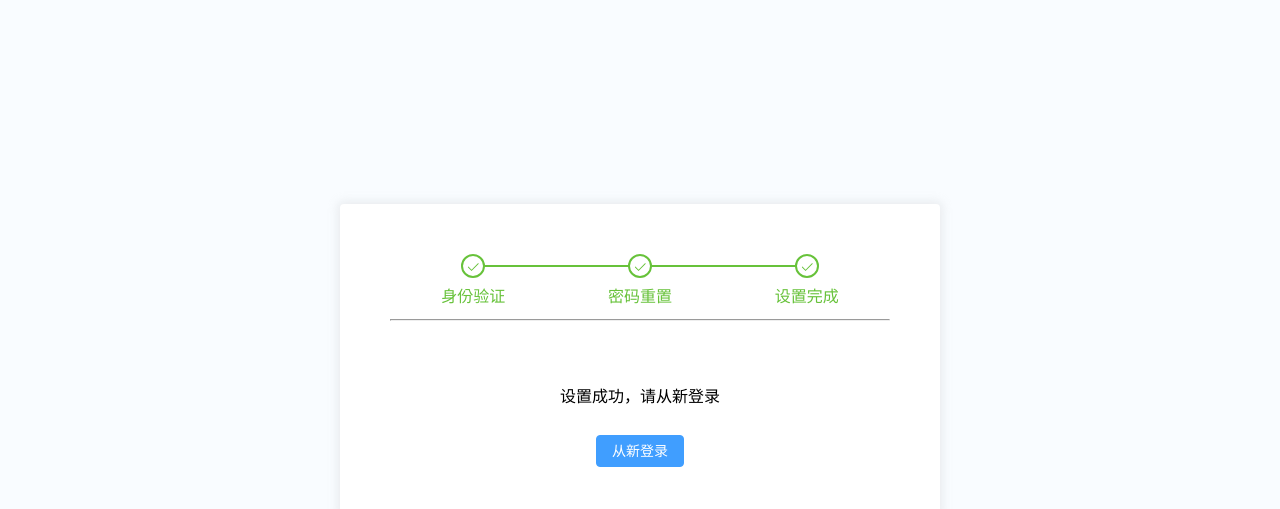
Repository: Harmony-camp/ckw-manager
Page: /#/ForgotPassword (app in manage/)
The author's editor kept a copy of each file at every save. The page is drawn from the files as they stood at one save, then again after the next save.
The browser window is 1280 px wide. The pictures show the whole page.
The project was rebuilt for these pictures with package versions that can differ from the ones it lists, and the page was loaded fresh each time. Also part of the build but not shown: manage/vite.config.js.

Above is the page before, as saved 2023-05-27 11:34:20.

### manage/src/main.js
import { createApp } from 'vue'
import router from './router'
import ElementPlus from 'element-plus'
import 'element-plus/dist/index.css'
import App from './App.vue'
import store from './store'
import * as ELIcons from '@element-plus/icons-vue'
import storage from './utils/storage'

const app = createApp(App)

app.directive("has",{
	beforeMount:(el,binding)=>{

		let actionList = storage.getItem("actionList")
		let value = binding.value
		let hasPermission = actionList.includes(value)
		if(!hasPermission){
			el.style="display:none"
			setTimeout(()=>{
				el.parentNode.removeChild(el)
			},0)
		}
	}
})

for (let iconName in ELIcons) {
	app.component(iconName, ELIcons[iconName])
}

app.use(router).use(store).use(ElementPlus).mount('#app')

### manage/src/router/index.js
import { createRouter, createWebHashHistory } from 'vue-router'
import { defineAsyncComponent } from 'vue'

import storage from '../utils/storage'
import {getPermissionList} from '../api'
import utils from '../utils/utils'

const routes = [
  {
    name: "home",
    path: "/",
    component: ()=>import("../components/Home.vue"),
    redirect: "Welcome",
    meta: {
      title: "首页"
    },
    children: [
      {
        name: "welcome",
        path: "/welcome",
        meta: {
          title: "欢迎使用本系统"
        },
        component: () => import("../views/Welcome.vue")
      },
      {
        name: "profile",
        path: "/profile",
        redirect: "analysis",
        meta: {
          title: "个人中心"
        },
        component: () => import("../views/profile/index.vue"),
        children:[
          {
            name: "analysis",
            path: "/profile/analysis",
            meta: {
              title: "个人整体分析"
            },
            component: () => import("../views/profile/Analysis.vue"),
          },
          {
            name: "award-time",
            path: "/profile/award-time",
            meta: {
              title: "获奖时间"
            },
            component: () => import("../views/profile/AwardTime.vue"),
          },
        ]
      },
    ]
  },

  {
    name: "login",
    path: "/login",
    meta: {
      title: "登录"
    },
    component: () => import("../views/login/Login.vue")
  },
  {
    name: "register",
    path: "/register",
    meta: {
      title: "注册"
    },
    component: () => import("../views/login/Register.vue")
  },
  {
    name: "ForgotPassword",
    path: "/ForgotPassword",
    meta: {
      title: "注册"
    },
    component: () => import("../views/login/ForgotPassword.vue")
  },

  {
    name: "404",
    path: "/404",
    meta: {
      title: "页面不存在"
    },
    component: () => import("../views/login/404.vue")
  },

]

const router = createRouter({
  history: createWebHashHistory(),
  routes
})

async function loadAsyncRoutes(){
  let userinfo  = storage.getItem("userinfo") || {}
  if(userinfo.token){
    try{
      const {menuList} =  await getPermissionList()
      let routes = utils.generateRoute(menuList)
      routes.map(route=>{
        let url = `../views/${route.component}.vue`
        route.component =  ()=>import(/* @vite-ignore */url)
        router.addRoute("home",route)
      })
    }catch(error){
      console.log('error :>> ', error);
    }
  }
}

await loadAsyncRoutes()
function checkPermission(path){
  let routes =[]
  router.getRoutes().forEach(item=>{
    routes.push(item.path)
  })
  return routes.includes(path)
}

router.beforeEach((to,form,next)=>{
  if(checkPermission(to.path) || to.path =="/"){
    document.title = to.meta.title
    next()
  }else{
    next("/404")
  }
})

export default router

### manage/src/App.vue
<template>
  <router-view></router-view>
</template>

<script setup>

</script>

<style lang="scss">
@import './assets/style/reset.css';
@import './assets/style/index.scss';
</style>

### manage/src/store/index.js
/**
 * vuex状态管理
 */
import {createStore} from 'vuex'
import mutations from './mutations'
import storage from '../utils/storage'

const state = {
  userinfo:storage.getItem("userinfo") || {},
  menuLit:storage.getItem("menuList") || [],
  actionList :storage.getItem("actionListList") || [],
  noticeCount:0
}

export default createStore({
  state,
  mutations
})

### manage/src/utils/storage.js
/**
 * Storage二次封装
 * @author yyy
 */
import config from "../config"

export default{
  setItem(key,val){
    let storage = this.getStorage()
    storage[key] = val
    window.localStorage.setItem(config.namespace,JSON.stringify(storage))
  },
  getItem(key){
    return this.getStorage()[key]
  },
  getStorage(){
    return JSON.parse( window.localStorage.getItem(config.namespace )|| "{}")
  },
  clearItem(key){
    let storage = this.getStorage()
    delete storage[key]
    window.localStorage.setItem(config.namespace,JSON.stringify(storage))
  },
  clearAll(){
    window.localStorage.clear()
  },
}

### manage/src/api/index.js
/**
 * api管理
 */

import request from "../utils/request"

/**
 * 用户登录
 * @param {Object} params
 * @returns
 */
export  const UserLogin = (params)=>{
  return request({
      url:"/users/login",
      method:"post",
      data:params,
    })
  }

/**
 * 获取是否有信息需要处理
 * @param {Object} params
 * @returns
 */
export  const NoticeCount = (params)=>{
  return request({
    url:"/leave/count",
    method:"get",
    data:params,
    // mock:true
  })
}

/**
 * 获取菜单
 * @returns
 */
export  const MenuList = (params)=>{
  return request({
    url:"/menu/list",
    method:"get",
    data:params,
    // mock:true
  })
}

/**
 * 获取用户列表
 * @param {Object} params
 * @returns
 */

export  const GetUserList = (params)=>{
  return request({
    url:"/users/list",
    method:"get",
    data:params,
  })
}
export  const GetAllUserList = ()=>{
  return request({
    url:"/users/all/list",
    method:"get",
    // mock:true
  })
}
/**
 * 删除用户，可批量删除
 * @param {Array} params
 * @returns
 */
export  const UserDelete = (params)=>{
  return request({
    url:"/users/delete",
    method:"post",
    data:params,
    // mock:true
  })
}
/**
 * 获取角色信息
 * @returns
 */
export  const GetRoleAllList = ()=>{
  return request({
    url:"/roles/allList",
    method:"get",
    data:{},
    // mock:true
  })
}
export  const GetRoleList = (param)=>{
  return request({
    url:"/roles/list",
    method:"get",
    data:param,
    // mock:true
  })
}
/**
 * 获取部门信息
 * @returns
 */
export  const GetDeptList = (params)=>{
  return request({
    url:"/dept/list",
    method:"get",
    data:params,
    // mock:true
  })
}

/**
 * 角色增删改查
 * @param {Object} params
 * @returns
 */
export  const UserSubmit = (params)=>{
  return request({
    url:"/users/operate",
    method:"post",
    data:params,
    // mock:true
  })
}
/**
 * 菜单操作
 * @param {Object} params
 * @returns
 */
export  const MenuSubmit = (params)=>{
  return request({
    url:"/menu/operate",
    method:"post",
    data:params,
    // mock:true
  })
}

export  const RoleOperate = (params)=>{
  return request({
    url:"/roles/operate",
    method:"post",
    data:params,
    // mock:true
  })
}
export  const DeptOperate = (params)=>{
  return request({
    url:"/dept/operate",
    method:"post",
    data:params,
    // mock:true
  })
}
export  const UpdatePermission = (params)=>request({
    url:"/roles/update/permission",
    method:"post",
    data:params,
    // mock:true
})



export const getPermissionList = ()=>request.get("/users/getPermissionList")
export const GetApplyList  = params=>request.get("/leave/list",params,{mock:false})
export const LeaveOperate  = params=>request.post("/leave/operate",params,{mock:false})
export const LeaveApprove  = params=>request.post("/leave/approve",params,{mock:false})

export const dataToTestify  = params=>request.post("/teacher/createTestify",params)

//获取注册页面角色
export const getRegisterRoleList = params=>request.get("/roles/allList",params)

//获取模块分类排序数据
export const querySortList = params=>request.get("/teacher/query",params)

export const GetTeacherlList = params=>request.get("/teacher/list",params)
export const GetTeacherApprovallList = params=>request.get("/teacher/approvalList",params)

### manage/src/utils/utils.js
/**
 * 工具函数封装
 */
import {GetTeacherlList} from '../api'
export default{
  formateDate(date,rule){
    let fmt = rule || 'MM-dd hh:mm:ss'

    const o = {

      "M+":date.getMonth(),
      "d+":date.getDate(),
      "h+":date.getHours(),
      "m+":date.getMinutes(),
      "s+":date.getSeconds(),

    }
    for(let key in o){
      if(new RegExp(`(${key})`).test(fmt)){
        const val = o[key] + ''
        fmt =  fmt.replace(RegExp.$1,RegExp.$1.length==1?val:('00'+val).substring(val.length))
      }
    }
    return date.getFullYear()+"-" + fmt
  },
  generateRoute(menuList){
    let routes = []

    const deepList = (list)=>{
      while(list.length){
        let item = list.pop()
        if(item.action){
          routes.push({
            name:item.menuName,
            path:item.path,
            meta:{
              title:item.menuName
            },
            component:item.component
          })

        }
        if(item.children && !item.action){
          deepList(item.children)
        }
      }
    }
    deepList(menuList)
    return routes
  },
  async getTeacherApprovalList(action,userId){

    let res = await GetTeacherlList({action,userId})
    return res
  }
}

### manage/src/views/login/ForgotPassword.vue
<template>
  <div class="forgot-wrapper">
    <div class="modal">
      <el-steps align-center :active="active" finish-status="success">
        <el-step title="身份验证" />
        <el-step title="密码重置" />
        <el-step title="设置完成" />
      </el-steps>
      <hr>
      <div class="main">
        <div class="setIdentity" v-if="active == 1">
          <div class="form">
            <el-form>
              <el-form-item>
                <el-input :prefix-icon="Avatar" />
              </el-form-item>
              <el-form-item>
                <el-input :prefix-icon="Message">
                  <template #append>
                    <el-button>获取邮箱验证码</el-button>
                  </template>
                </el-input>
              </el-form-item>
              <el-form-item>

                  <el-button type="primary" @click="setIdentity"> 下一步 </el-button>
                  <el-button> 重置 </el-button>

              </el-form-item>
            </el-form>
          </div>
        </div>

        <div class="setPassword" v-if="active == 2">
          <el-form :model="setPasswd">
            <el-form-item prop="password">
              <el-input
                v-model="setPasswd.password"
                type="password"
                ref="passwd"
                :prefix-icon="Lock"
                placeholder="请输入新密码"
              >
              <template #suffix >
                <el-icon @click="showPassword"><View/></el-icon>
              </template>
            </el-input>
            </el-form-item>
            <el-form-item prop="rePassword">
              <el-input
                v-model="setPasswd.rePassword"
                type="password"
                :prefix-icon="Lock"
                placeholder="请再次输入密码"
              />
            </el-form-item>
            <el-form-item>
              <el-button type="primary"> 下一步 </el-button>
              <el-button> 重置 </el-button>
            </el-form-item>
          </el-form>
        </div>
        <div class="success" v-if="active == 3">

          <div>设置成功，请从新登录</div>
          <el-button type="primary">从新登录</el-button>
        </div>
      </div>
    </div>
  </div>
</template>

<script setup>
import { ref,reactive } from "vue";
import { Avatar, Message,Lock ,View} from "@element-plus/icons-vue";

const active = ref(3);
const passwd = ref("")
const setPasswd = reactive({

})
const showPassword = ()=>{
  if(passwd.value.input.type == "password") passwd.value.input.type = "text"
  else passwd.value.input.type = "password"

}

function setIdentity(){

}
</script>

<style lang="scss">
.forgot-wrapper {
  display: flex;
  justify-content: center;
  align-items: center;
  background-color: #f9fcff;
  width: 100vw;
  height: 100vh;
  .modal {
    width: 600px;
    padding: 50px;
    background-color: #fff;
    border-radius: 4px;
    box-shadow: 0px 0px 10px 3px #c7c9cb4d;
    .main{
      >* {
        padding-top: 30px;
        align-items: center;
        display: flex;
        justify-content: center;
      }
      .success{
        display: flex;
        justify-content: center;
        flex-direction: column;
        >div{
          padding: 30px;
        }
      }
    }

  }
}
</style>

### manage/src/assets/style/index.scss
html, body {
  height: 100%;
  width: 100%;
}
*:not([class^='el-']) {
  box-sizing: border-box;
}
.white{
  background-color: #ffffff;
}
a{
  text-decoration: none;
}
.gray{
  background-color: #eef0f3;
}
.mr10{
  margin-right: 10px;
}
.mr20{
  margin-right: 20px;
}
.mb20{
  margin-bottom: 20px;
}
.m-lr10{
  margin-left: 10px;
  margin-right: 10px;
}
.p20{
  padding: 20px;
}
.pl20{
  padding-left: 20px;
}
.text-right{
  text-align: right;
}
.fr{
  float: right;
}
.flex{
  display: flex;
}
.flex-between{
  display: flex;
  justify-content: space-between;
}
.flex-center{
  display: flex;
  justify-content: center;
}
.tips{
  margin-left: 15px;
  color: #787878;
}


/*
* 公共样式
*/
.query-form {
  background-color: #ffffff;
  padding: 22px 20px 0;
  border-radius: 5px;
}
.base-table {
  border-radius: 5px;
  background: #ffffff;
  margin-top: 20px;
  margin-bottom: 20px;
  .action {
    border-radius: 5px 5px 0px 0px;
    background: #ffffff;
    padding: 20px;
    border-bottom: 1px solid #ece8e8;
  }
  .el-pagination{
     justify-content: flex-end;
     padding-right: 20px;
     padding-top: 20px;
     padding-bottom: 5px;
  }

}

### manage/src/store/mutations.js
/**
 * Mutations业务层数据提交
 */


import storage from "../utils/storage";

export default {
  saveUserInfo(state,userinfo){
    state.userinfo = userinfo;
    storage.setItem("userinfo",userinfo)
  },
  saveMenuList(state,menuList){
    state.menuList = menuList;
    storage.setItem("menuList",menuList)
  },
  saveActionList(state,actionList){
    state.actionList = actionList;
    storage.setItem("actionList",actionList)
  },
  saveNoticeCount(state,noticeCount){
    state.noticeCount = noticeCount;
    storage.setItem("noticeCount",noticeCount)
  },
}

### manage/src/config/index.js

const env = import.meta.env.MODE || "prod";

const EnvConfig = {
  dev:{
    baseApi:"/api",
    mockApi:"https://www.fastmock.site/mock/fa4c18963ab634ec12a063962937ba52/api"
  },
  test:{
    baseApi:"https://www.fastmock.site/mock/fa4c18963ab634ec12a063962937ba52/api",
    mockApi:"https://www.fastmock.site/mock/fa4c18963ab634ec12a063962937ba52/api"
  },
  prod:{
    baseApi:"/api",
    mockApi:"https://www.fastmock.site/mock/fa4c18963ab634ec12a063962937ba52/api"
  }
}

export default{
  env:"dev",
  mock:false,
  namespace:'manage',
  ...EnvConfig[env]
}

### manage/src/utils/request.js
/**
 * axios二次封装
 */

import axios from 'axios'
import {ElMessage} from 'element-plus'
import router from '../router'
import config from '../config'
import storage from './storage'
const TOKEN_INVALID = "token认证失败，请从新登陆"
const NETWORK_ERROR = "网络请求异常，请稍后重试"

//TODO axios实例对象，添加全局配置
const service = axios.create({
  baseURL:config.baseApi,
  timeout:8000
})


service.interceptors.request.use(req=>{

  //TODO 封装请求拦截
  const headers = req.headers;
  const {token} = storage.getItem("userinfo") || {}
  if(!headers.Authorization) headers.Authorization = "Bearer "  + token
  return req

})


service.interceptors.response.use(res=>{
  const {code,data,msg} = res.data;
  if(code === 200) return data;
  else if(code === 50001){
    ElMessage.error(TOKEN_INVALID)
    setTimeout(()=>{
      router.push('/login')
      return Promise.reject(TOKEN_INVALID)
    },1500)
  }else{
    ElMessage.error(msg|| NETWORK_ERROR)
    return Promise.reject(msg||NETWORK_ERROR)
  }

})


/**
 * 请求核心参数
 * @param {*} options 请求配置
 * @returns
 */

function request(options){
  options.method = options.method || "get"
  if(options.method.toLowerCase() === 'get'){
    options.params = options.data;
  }
  let isMock  = config.mock
  if(typeof options.mock != "undefined") isMock = options.mock
  if(config.env === 'prod'){
    service.defaults.baseURL = config.baseApi
  }else{
    service.defaults.baseURL = isMock? config.mockApi:config.baseApi
  }
  return service(options)
}

["get","post","put","delete",'patch'].forEach(item=>{
  request[item] = (url,data,options)=>{
    return request({
      url,
      data,
      method:item,
      ...options
    })
  }
})

export default request

Loaded but not shown: manage/index.html (common file); manage/src/assets/style/reset.css (common file)

After the next save:
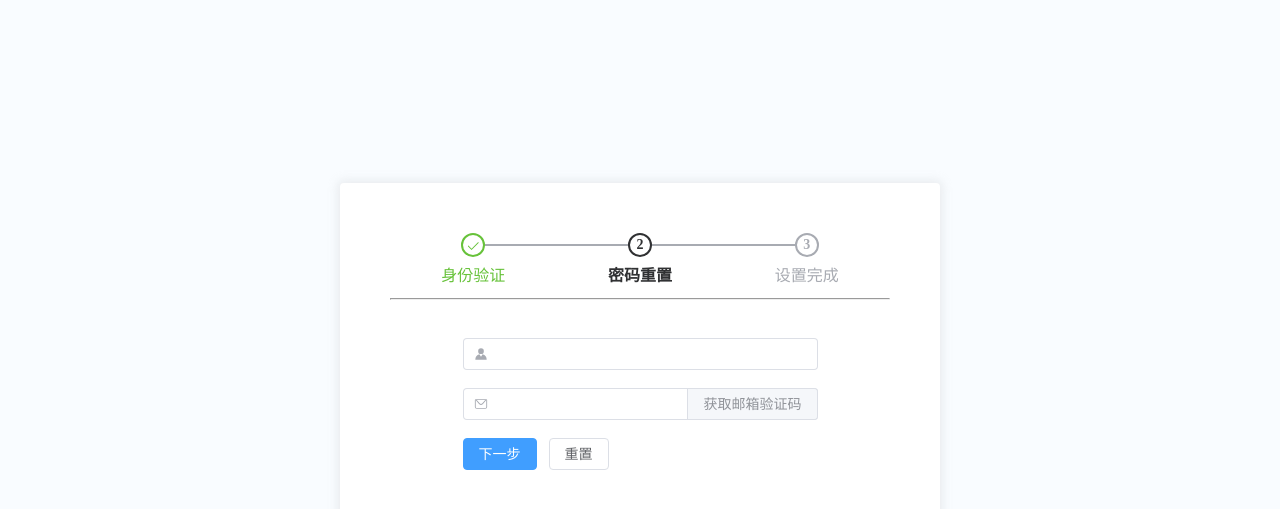
Saved 15 s later.
--- a/manage/src/views/login/ForgotPassword.vue
+++ b/manage/src/views/login/ForgotPassword.vue
@@ -74,7 +74,7 @@
 import { ref,reactive } from "vue";
 import { Avatar, Message,Lock ,View} from "@element-plus/icons-vue";
 
-const active = ref(3);
+const active = ref(1);
 const passwd = ref("")
 const setPasswd = reactive({
 
